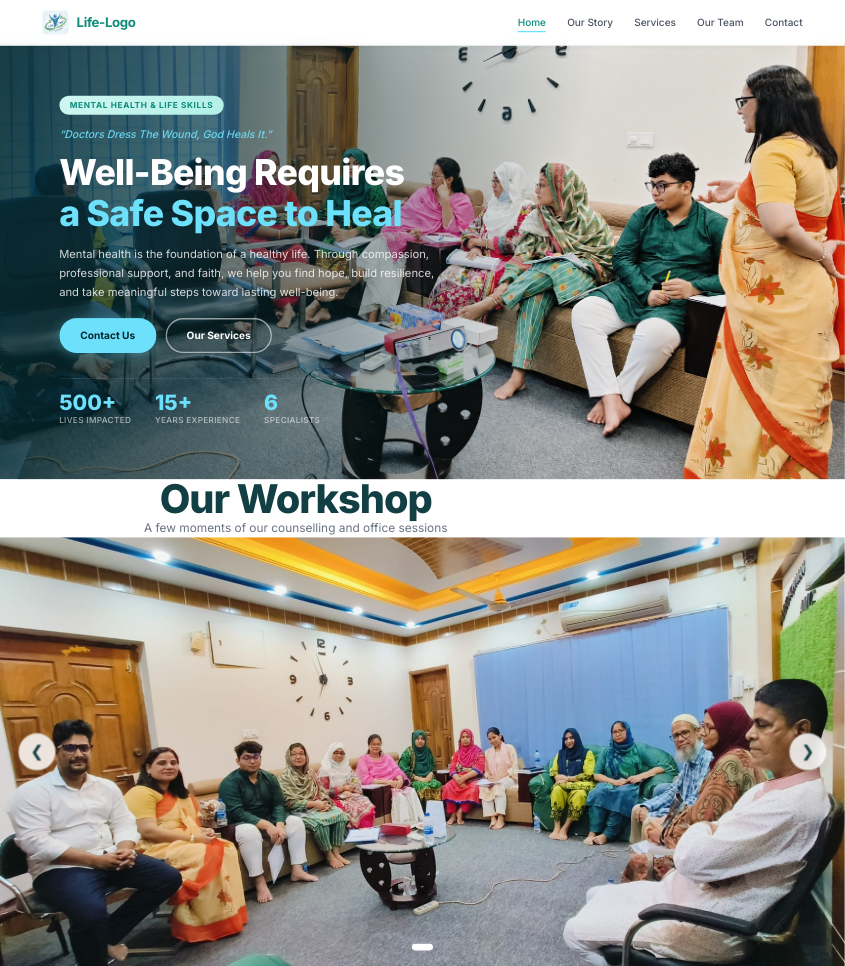
Repository: Tan47s/Lifelogo
Page: /
These files come from the project's save history. The page is drawn as it stood at one moment and after the next save; the edit follows.
The browser window is 1280 px wide. The pictures show the whole page, at 66% of full size.
The project was rebuilt for these pictures with package versions that can differ from the ones it lists, and the page was loaded fresh each time. Also part of the build but not shown: vite.config.js, src/comp/Service2.css, src/comp/Service2.jsx, src/comp/Counsellors.jsx, src/comp/Contact.css, src/comp/Contact.jsx, src/comp/Footer.css, src/comp/Footer.jsx.

Above is the page before, as saved 2026-08-24 11:26:03.

### index.html
<!doctype html>
<html lang="en">
  <head>
    <meta charset="UTF-8" />
    <link rel="icon" type="image/svg+xml" href="/favicon.svg" />
    <meta name="viewport" content="width=device-width, initial-scale=1.0" />
    <title>Life-Logo | Mental Health Counselling &amp; Life Skills</title>
    <meta name="description" content="Life-Logo Mental Health Support &amp; Life Skills Training Unit — professional counselling, resilience coaching, and compassionate support to help you find meaning, hope, and purpose." />
    <meta property="og:title" content="Life-Logo | Mental Health Counselling &amp; Life Skills" />
    <meta property="og:description" content="Professional counselling and life skills training to support your well-being and personal growth." />
    <meta property="og:type" content="website" />
  </head>
  <body>
    <div id="root"></div>
    <script type="module" src="/src/main.jsx"></script>
  </body>
</html>

### src/main.jsx
import { StrictMode } from 'react'
import { createRoot } from 'react-dom/client'

import { App } from './App.jsx'


createRoot(document.getElementById('root')).render(
  <StrictMode>
    <App />
  </StrictMode>,
)

### src/App.jsx
import React from 'react'
import { Header } from './comp/Header'
import { Herocon } from './comp/Herocon'
import { Contents2 } from './comp/Contents2'
import { Service2 } from './comp/Service2'
import { Counsellors } from './comp/Counsellors'
import { Contact } from './comp/Contact'
import { Footer } from './comp/Footer'
import Workshop from './comp/Workshop'
export const App = () => {
  return (
    <div>
      <Header/>
      <Herocon/>
      <Workshop/>
    </div>
  )
}

### src/comp/Header.jsx
import React, { useState, useEffect } from 'react'
import logo from '../assets/logo.png'
import '../App.css'
import '../Index.css'

const navLinks = [
  { label: 'Home',      id: 'home' },
  { label: 'Our Story', id: 'story' },
  { label: 'Services',  id: 'services' },
  { label: 'Our Team',  id: 'team' },
  { label: 'Contact',   id: 'contact' },
]

export const Header = () => {
  const [active,  setActive]  = useState('home')
  const [scrolled, setScrolled] = useState(false)
  const [menuOpen, setMenuOpen] = useState(false)

  // Shrink header + close menu on scroll
  useEffect(() => {
    const onScroll = () => {
      setScrolled(window.scrollY > 20)
      if (window.scrollY > 20) setMenuOpen(false)
    }
    window.addEventListener('scroll', onScroll)
    return () => window.removeEventListener('scroll', onScroll)
  }, [])

  // Lock body scroll when mobile menu is open
  useEffect(() => {
    document.body.style.overflow = menuOpen ? 'hidden' : ''
    return () => { document.body.style.overflow = '' }
  }, [menuOpen])

  const handleNav = (id) => {
    setActive(id)
    setMenuOpen(false)
    const el = document.getElementById(id)
    if (el) el.scrollIntoView({ behavior: 'smooth' })
  }

  return (
    <>
      <header className={`header ${scrolled ? 'scrolled' : ''}`}>
        {/* ── Logo ── */}
        <div className="logo-container">
          <img className="logo-img" src={logo} alt="Life-Logo" />
          <span className="logo-text">Life-Logo</span>
        </div>

        {/* ── Desktop nav ── */}
        <nav className="nav-links" aria-label="Main navigation">
          {navLinks.map((link) => (
            <button
              key={link.id}
              id={`nav-${link.id}`}
              className={`nav-item ${active === link.id ? 'active' : ''}`}
              onClick={() => handleNav(link.id)}
            >
              {link.label}
            </button>
          ))}
        </nav>

        {/* ── Hamburger toggle (mobile only) ── */}
        <button
          id="hamburger-btn"
          className={`hamburger ${menuOpen ? 'open' : ''}`}
          onClick={() => setMenuOpen((o) => !o)}
          aria-label={menuOpen ? 'Close menu' : 'Open menu'}
          aria-expanded={menuOpen}
        >
          <span className="ham-bar" />
          <span className="ham-bar" />
          <span className="ham-bar" />
        </button>
      </header>

      {/* ── Mobile drawer ── */}
      <div
        className={`mobile-backdrop ${menuOpen ? 'visible' : ''}`}
        onClick={() => setMenuOpen(false)}
        aria-hidden="true"
      />
      <nav
        className={`mobile-nav ${menuOpen ? 'open' : ''}`}
        aria-label="Mobile navigation"
      >
        {navLinks.map((link) => (
          <button
            key={link.id}
            id={`mob-nav-${link.id}`}
            className={`mobile-nav-item ${active === link.id ? 'active' : ''}`}
            onClick={() => handleNav(link.id)}
          >
            {link.label}
          </button>
        ))}
      </nav>
    </>
  )
}

### src/comp/Herocon.jsx
import './herocon.css'
import Hero from '../assets/hero3.jpg'
import bg from '../assets/workshop/bg.png'
const stats = [
  { value: '500+', label: 'Lives Impacted' },
  { value: '15+', label: 'Years Experience' },
  { value: '6',   label: 'Specialists' },
]

export const Herocon = () => {
  const scrollTo = (id) => {
    const el = document.getElementById(id)
    if (el) el.scrollIntoView({ behavior: 'smooth' })
  }

  return (
    <section
      id="home"
      className="hero-section"
      style={{ backgroundImage: `url(${bg})` }}
    >
      {/* layered overlay */}
      <div className="hero-overlay" />

      <div className="hero-content">
        {/* eyebrow badge */}
        <span className="hero-badge">Mental Health &amp; Life Skills</span>

        {/* quote */}
        <p className="hero-quote">
          &ldquo;Doctors Dress The Wound, God Heals It.&rdquo;
        </p>

        {/* headline */}
        <h1 className="hero-headline">
          Well-Being Requires<br />
          <span className="hero-headline-accent">a Safe Space to Heal</span>
        </h1>

        {/* sub-text */}
        <p className="hero-sub">
          Mental health is the foundation of a healthy life. Through compassion,
          professional support, and faith, we help you find hope, build
          resilience, and take meaningful steps toward lasting well-being.
        </p>

        {/* CTAs */}
        <div className="hero-ctas">
          <button
            id="hero-contact-btn"
            className="hero-btn hero-btn--primary"
            onClick={() => scrollTo('contact')}
          >
            Contact Us
          </button>
          <button
            id="hero-services-btn"
            className="hero-btn hero-btn--ghost"
            onClick={() => scrollTo('services')}
          >
            Our Services
          </button>
        </div>

        {/* Stats strip */}
        <div className="hero-stats">
          {stats.map((s, i) => (
            <div className="hero-stat" key={i}>
              <span className="hero-stat-value">{s.value}</span>
              <span className="hero-stat-label">{s.label}</span>
            </div>
          ))}
        </div>
      </div>
    </section>
  )
}

### src/comp/Workshop.jsx
import { useState } from "react";
import w1 from "../assets/workshop/w1.jpeg"

const images = [w1];

export default function Workshop() {
  const [current, setCurrent] = useState(0);

  const nextSlide = () => {
    setCurrent((prev) => (prev + 1) % images.length);
  };

  const prevSlide = () => {
    setCurrent((prev) => (prev - 1 + images.length) % images.length);
  };

  return (
    <section className="w-full bg-white py-16 md:py-20">

      {/* Heading */}
      <div className="mx-auto mb-10 max-w-4xl px-5 text-center">
        <h1 className="text-4xl font-bold tracking-tight text-[#123f43] md:text-5xl lg:text-6xl">
          Our Workshop
        </h1>

        <p className="mt-4 text-base text-gray-500 md:text-lg">
          A few moments of our counselling and office sessions
        </p>
      </div>

      {/* Carousel */}
      <div className="relative w-full overflow-hidden">
        <div className="h-[350px] w-full sm:h-[450px] md:h-[550px] lg:h-[650px]" >
          <img
            src={images[current]}
            alt={`Workshop session ${current + 1}`}
            className="h-full w-full object-cover"
          />
        </div>

        {/* Previous */}
        <button
          onClick={prevSlide}
          aria-label="Previous image"
          className="absolute left-4 top-1/2 flex h-11 w-11 -translate-y-1/2
                     items-center justify-center rounded-full
                     bg-white/85 text-2xl text-[#123f43] shadow-lg
                     backdrop-blur-sm transition hover:scale-110 hover:bg-white
                     md:left-7 md:h-14 md:w-14"
        >
          &#10094;
        </button>

        {/* Next */}
        <button
          onClick={nextSlide}
          aria-label="Next image"
          className="absolute right-4 top-1/2 flex h-11 w-11 -translate-y-1/2
                     items-center justify-center rounded-full
                     bg-white/85 text-2xl text-[#123f43] shadow-lg
                     backdrop-blur-sm transition hover:scale-110 hover:bg-white
                     md:right-7 md:h-14 md:w-14"
        >
          &#10095;
        </button>

        {/* Dots */}
        <div className="absolute bottom-6 left-1/2 flex -translate-x-1/2 gap-2">
          {images.map((_, index) => (
            <button
              key={index}
              onClick={() => setCurrent(index)}
              aria-label={`Go to slide ${index + 1}`}
              className={`h-2.5 rounded-full transition-all duration-300 ${
                current === index
                  ? "w-8 bg-white"
                  : "w-2.5 bg-white/60 hover:bg-white/90"
              }`}
            />
          ))}
        </div>
      </div>
    </section>
  );
}

### src/Index.css

@import url('https://fonts.googleapis.com/css2?family=Inter:wght@100..900&display=swap');

:root {
  /* Brand */
  --primary: #6de1fb;        /* Teal from header */
  --primary-light: #02ff78;


  /* Logo greens */
  --green: #22C55E;
  --green-light: #DCFCE7;

  /* Blue accent */
  --blue: #38BDF8;
  --blue-light: #E0F2FE;

  /* Backgrounds */
  --background: #F8FAFC;
  --surface: #FFFFFF;

  /* Text */
  --text: #1E293B;
  --text-muted: #64748B;

  /* Borders */
  --border: #E2E8F0;
}

* {
  margin: 0;
  padding: 0;
  box-sizing: border-box;
  font-family: "Inter", sans-serif;
}

h1{
    font-weight: 800;
}

p{
    font-weight: 400;
}

### src/comp/herocon.css
/* ============================================================
   HERO SECTION
   ============================================================ */

.hero-section {
  position: relative;
  margin-top: 64px;           /* clears fixed header */
  width: 100%;
  min-height: 92vh;
  background-size: cover;
  background-position: center top;
  background-repeat: no-repeat;
  display: flex;
  align-items: flex-end;      /* content sits in lower half */
  padding: 0 7% 80px;
  box-sizing: border-box;
  overflow: hidden;
}

/* ---- Multi-layer overlay ---- */
.hero-overlay {
  position: absolute;
  inset: 0;
  pointer-events: none;

  background:
    linear-gradient(
      100deg,
      rgba(5, 40, 45, 0.88) 0%,
      rgba(5, 40, 45, 0.55) 30%,
      rgba(5, 40, 45, 0) 65%
    );
}

/* ---- Content column ---- */
.hero-content {
  position: relative;
  z-index: 2;
  display: flex;
  flex-direction: column;
  align-items: flex-start;
  gap: 18px;
  max-width: 680px;
}

/* ---- Eyebrow badge ---- */
.hero-badge {
  display: inline-block;
  background: linear-gradient(135deg, #d0f7f1, #b2f0e8);
  color: #0d8c7a;
  font-size: 0.78rem;
  font-weight: 700;
  letter-spacing: 0.08em;
  text-transform: uppercase;
  padding: 5px 16px;
  border-radius: 999px;
}

/* ---- Quote ---- */
.hero-quote {
  font-size: clamp(13px, 1.4vw, 16px);
  color: rgba(109, 225, 251, 0.9);
  font-style: italic;
  font-weight: 500;
  margin: 0;
  line-height: 1.4;
}

/* ---- Headline ---- */
.hero-headline {
  font-size: clamp(30px, 5vw, 54px);
  font-weight: 800;
  color: #ffffff;
  line-height: 1.12;
  margin: 0;
  letter-spacing: -0.02em;
}

.hero-headline-accent {
  color: var(--primary);      /* teal #6de1fb */
}

/* ---- Sub-text ---- */
.hero-sub {
  font-size: clamp(14px, 1.4vw, 17px);
  color: rgba(255, 255, 255, 0.82);
  line-height: 1.7;
  margin: 0;
  max-width: 580px;
}

/* ---- CTAs ---- */
.hero-ctas {
  display: flex;
  flex-wrap: wrap;
  gap: 14px;
  margin-top: 6px;
}

.hero-btn {
  padding: 13px 30px;
  border-radius: 999px;
  font-size: clamp(14px, 1.2vw, 16px);
  font-weight: 700;
  cursor: pointer;
  font-family: inherit;
  transition: transform 0.2s ease, box-shadow 0.2s ease, background 0.2s ease;
  border: 2px solid transparent;
}

.hero-btn--primary {
  background: var(--primary);
  color: #05282d;
  box-shadow: 0 4px 20px rgba(109, 225, 251, 0.35);
}

.hero-btn--primary:hover {
  transform: translateY(-3px);
  box-shadow: 0 8px 30px rgba(109, 225, 251, 0.5);
}

.hero-btn--ghost {
  background: transparent;
  color: #ffffff;
  border-color: rgba(255, 255, 255, 0.55);
}

.hero-btn--ghost:hover {
  background: rgba(255, 255, 255, 0.1);
  border-color: #ffffff;
  transform: translateY(-3px);
}

/* ---- Stats strip ---- */
.hero-stats {
  display: flex;
  gap: 36px;
  margin-top: 20px;
  padding-top: 20px;
  border-top: 1px solid rgba(255, 255, 255, 0.15);
  flex-wrap: wrap;
}

.hero-stat {
  display: flex;
  flex-direction: column;
  gap: 2px;
}

.hero-stat-value {
  font-size: clamp(22px, 3vw, 32px);
  font-weight: 800;
  color: var(--primary);
  line-height: 1;
}

.hero-stat-label {
  font-size: 0.78rem;
  color: rgba(255, 255, 255, 0.6);
  font-weight: 500;
  letter-spacing: 0.04em;
  text-transform: uppercase;
}

/* ---- Responsive ---- */
@media (max-width: 768px) {
  .hero-section {
    padding: 0 6% 60px;
    min-height: 100vh;
    align-items: flex-end;
  }

  .hero-content {
    max-width: 100%;
  }

  .hero-ctas {
    width: 100%;
  }

  .hero-btn {
    flex: 1 1 140px;
    text-align: center;
  }

  .hero-stats {
    gap: 24px;
  }
}

### src/comp/Contents2.jsx
import React from 'react'
import './Contents2.css'

const pillars = [
  {
    icon: (
      <svg viewBox="0 0 24 24" fill="none" stroke="currentColor" strokeWidth="2" strokeLinecap="round" strokeLinejoin="round">
        <path d="M20.84 4.61a5.5 5.5 0 0 0-7.78 0L12 5.67l-1.06-1.06a5.5 5.5 0 0 0-7.78 7.78l1.06 1.06L12 21.23l7.78-7.78 1.06-1.06a5.5 5.5 0 0 0 0-7.78z"/>
      </svg>
    ),
    title: 'Compassion First',
    desc: 'Every person who walks through our doors is met with unconditional empathy and respect — no judgement, only care.',
  },
  {
    icon: (
      <svg viewBox="0 0 24 24" fill="none" stroke="currentColor" strokeWidth="2" strokeLinecap="round" strokeLinejoin="round">
        <circle cx="12" cy="8" r="4"/>
        <path d="M6 20v-2a6 6 0 0 1 12 0v2"/>
      </svg>
    ),
    title: 'Professional Support',
    desc: 'Our qualified counsellors bring years of clinical experience to provide structured, evidence-informed therapeutic care.',
  },
  {
    icon: (
      <svg viewBox="0 0 24 24" fill="none" stroke="currentColor" strokeWidth="2" strokeLinecap="round" strokeLinejoin="round">
        <path d="M12 22s8-4 8-10V5l-8-3-8 3v7c0 6 8 10 8 10z"/>
      </svg>
    ),
    title: 'Faith-Centred Hope',
    desc: 'We integrate faith, resilience, and purpose-driven living to help you find lasting meaning beyond your circumstances.',
  },
]

export const Contents2 = () => {
  return (
    <section id="story" className="story-section">
      <div className="story-inner">

        {/* ---- Left column: text ---- */}
        <div className="story-text">
          <span className="section-badge">Our Story</span>
          <h2>Helping You Find Meaning, Hope &amp; Purpose</h2>
          <p className="story-lead">
            Life-Logo Mental Health Support &amp; Life Skills Training Unit was
            founded on a simple but powerful belief: every person deserves access
            to compassionate, professional support on their path to wholeness.
          </p>
          <p className="story-body">
            Since our founding, we have walked alongside hundreds of individuals,
            couples, and families — helping them navigate grief, anxiety, relational
            challenges, and the pressures of everyday life. We combine professional
            counselling with practical life skills training to equip our clients not
            just to cope, but to truly thrive.
          </p>
        </div>

        {/* ---- Right column: pillars ---- */}
        <div className="story-pillars">
          {pillars.map((p, i) => (
            <div className="story-pillar" key={i}>
              <div className="pillar-icon">{p.icon}</div>
              <div className="pillar-body">
                <h4>{p.title}</h4>
                <p>{p.desc}</p>
              </div>
            </div>
          ))}
        </div>

      </div>
    </section>
  )
}

### src/comp/Contents2.css
/* ============================================================
   OUR STORY SECTION
   ============================================================ */

.story-section {
  padding: 100px 5% 80px;
  background: var(--background);   /* #F8FAFC — same as Counsellors */
}

/* ---- Two-column inner wrapper ---- */
.story-inner {
  display: grid;
  grid-template-columns: 1fr 1fr;
  gap: 72px;
  max-width: 1200px;
  margin: 0 auto;
  align-items: start;
}

/* ========== LEFT: text column ========== */
.story-text {
  display: flex;
  flex-direction: column;
  gap: 20px;
}

.story-text h2 {
  font-size: clamp(26px, 3.5vw, 40px);
  font-weight: 800;
  color: var(--text);
  line-height: 1.18;
  margin: 0;
}

.story-lead {
  font-size: 1.05rem;
  color: var(--text);
  font-weight: 500;
  line-height: 1.75;
  margin: 0;
}

.story-body {
  font-size: 0.95rem;
  color: var(--text-muted);
  line-height: 1.8;
  margin: 0;
}

/* ========== RIGHT: pillars column ========== */
.story-pillars {
  display: flex;
  flex-direction: column;
  gap: 20px;
}

/* ---- Single pillar card ---- */
.story-pillar {
  display: flex;
  align-items: flex-start;
  gap: 18px;
  background: var(--surface);
  border: 1px solid var(--border);
  border-radius: 18px;
  padding: 24px 22px;
  box-shadow: 0 2px 16px rgba(0, 0, 0, 0.05);
  transition: transform 0.25s ease, box-shadow 0.25s ease;
}

.story-pillar:hover {
  transform: translateY(-4px);
  box-shadow: 0 8px 32px rgba(109, 225, 251, 0.18);
}

/* ---- Icon bubble ---- */
.pillar-icon {
  flex-shrink: 0;
  width: 48px;
  height: 48px;
  border-radius: 14px;
  background: linear-gradient(135deg, #d0f7f1, #b2f0e8);
  display: flex;
  align-items: center;
  justify-content: center;
  color: #0d8c7a;
}

.pillar-icon svg {
  width: 22px;
  height: 22px;
}

/* ---- Pillar text ---- */
.pillar-body {
  display: flex;
  flex-direction: column;
  gap: 5px;
}

.pillar-body h4 {
  font-size: 1rem;
  font-weight: 700;
  color: var(--text);
  margin: 0;
}

.pillar-body p {
  font-size: 0.88rem;
  color: var(--text-muted);
  line-height: 1.65;
  margin: 0;
}

/* ---- Responsive ---- */
@media (max-width: 860px) {
  .story-inner {
    grid-template-columns: 1fr;
    gap: 48px;
  }
}

@media (max-width: 640px) {
  .story-section {
    padding: 70px 5% 60px;
  }
}

### src/comp/Counsellors.css
/* ============================================================
   COUNSELLORS SECTION
   ============================================================ */

.counsellors-section {
  padding: 100px 5% 80px;
  background: var(--background);
}

/* --- Header --- */
.counsellors-header {
  text-align: center;
  max-width: 660px;
  margin: 0 auto 64px;
}

.counsellors-header h2 {
  font-size: clamp(28px, 4vw, 42px);
  font-weight: 800;
  color: var(--text);
  margin-bottom: 16px;
  line-height: 1.15;
}

.counsellors-subtitle {
  font-size: 1rem;
  color: var(--text-muted);
  line-height: 1.7;
}

/* --- Badge --- */
.section-badge {
  display: inline-block;
  background: linear-gradient(135deg, #d0f7f1, #b2f0e8);
  color: #0d8c7a;
  font-size: 0.78rem;
  font-weight: 700;
  letter-spacing: 0.07em;
  text-transform: uppercase;
  padding: 5px 14px;
  border-radius: 999px;
  margin-bottom: 16px;
}

/* --- Grid --- */
.counsellors-grid {
  display: grid;
  grid-template-columns: repeat(3, 1fr);
  gap: 36px;
  max-width: 1200px;
  margin: 0 auto;
}

@media (max-width: 960px) {
  .counsellors-grid {
    grid-template-columns: repeat(2, 1fr);
  }
}

/* --- Card --- */
.counsellor-card {
  background: var(--surface);
  border-radius: 20px;
  overflow: hidden;
  box-shadow: 0 4px 24px rgba(0, 0, 0, 0.07);
  transition: transform 0.3s ease, box-shadow 0.3s ease;
  border: 1px solid var(--border);
}

.counsellor-card:hover {
  transform: translateY(-8px);
  box-shadow: 0 12px 40px rgba(109, 225, 251, 0.25);
}

/* --- Image wrapper --- */
.counsellor-img-wrap {
  position: relative;
  width: 100%;
  height: 280px;
  overflow: hidden;
}

.counsellor-img {
  width: 100%;
  height: 100%;
  object-fit: cover;
  object-position: top center;
  transition: transform 0.4s ease;
}

.counsellor-card:hover .counsellor-img {
  transform: scale(1.04);
}

.counsellor-img-overlay {
  position: absolute;
  inset: 0;
  background: linear-gradient(to top, rgba(13, 140, 122, 0.35) 0%, transparent 60%);
  pointer-events: none;
}

/* --- Info block --- */
.counsellor-info {
  padding: 24px 28px 30px;
}

.counsellor-info h3 {
  font-size: 1.2rem;
  font-weight: 700;
  color: var(--text);
  margin-bottom: 4px;
}

.counsellor-role {
  display: inline-block;
  font-size: 0.82rem;
  font-weight: 600;
  color: #0d8c7a;
  background: linear-gradient(135deg, #d0f7f1, #b2f0e8);
  padding: 3px 10px;
  border-radius: 999px;
  margin-bottom: 14px;
  letter-spacing: 0.02em;
}

.counsellor-info p {
  font-size: 0.9rem;
  color: var(--text-muted);
  line-height: 1.75;
}

/* --- Responsive --- */
@media (max-width: 640px) {
  .counsellors-section {
    padding: 70px 5% 60px;
  }

  .counsellors-grid {
    grid-template-columns: 1fr;
  }
}

Loaded but not shown: src/App.css (221 lines, source omitted)

After the next save:
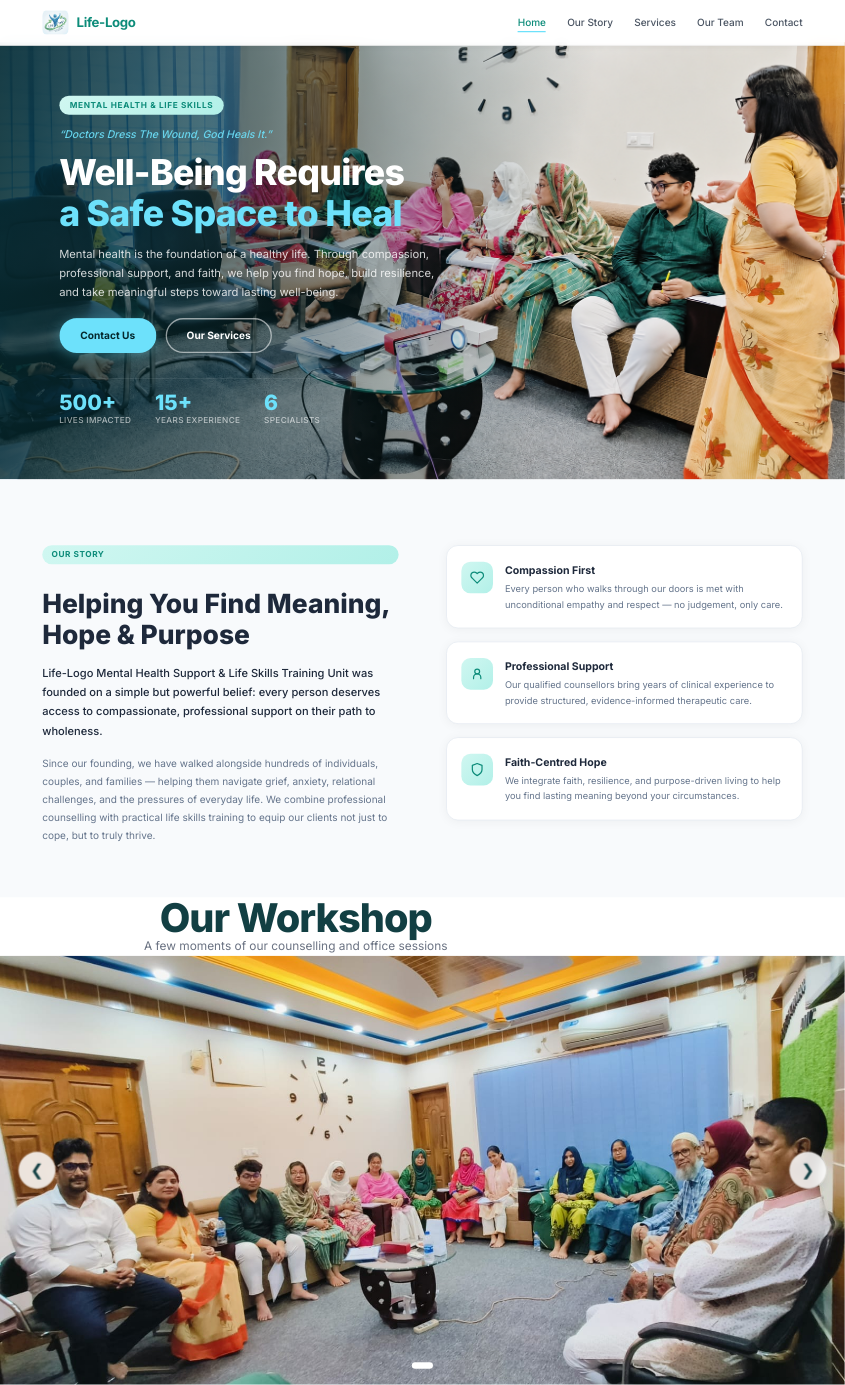
Saved 10 s later.
--- a/src/App.jsx
+++ b/src/App.jsx
@@ -12,6 +12,7 @@ export const App = () => {
     <div>
       <Header/>
       <Herocon/>
+      <Contents2/>
       <Workshop/>
     </div>
   )
